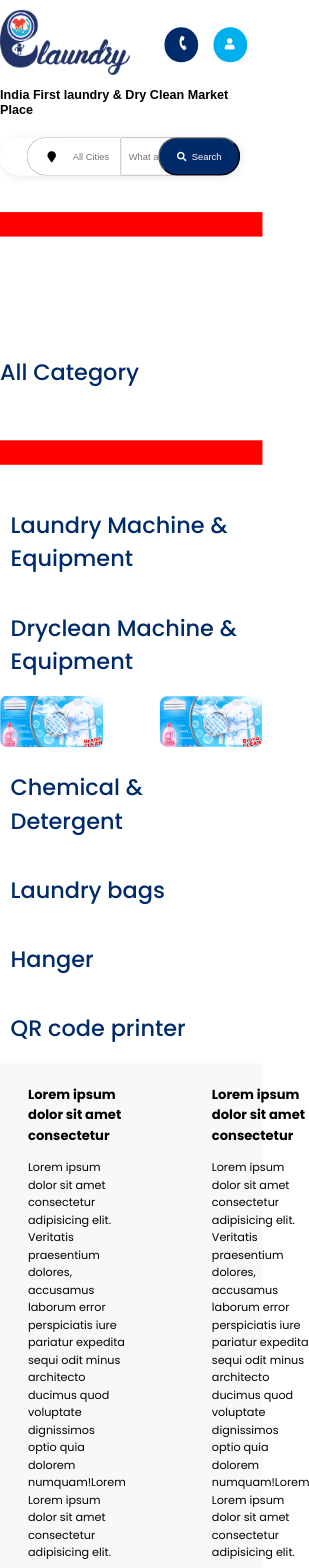
Repository: anamikatomar21/omramartnew
Page: /
These files come from the project's save history. The page is drawn as it stood at one moment and after the next save; the edit follows.
The browser window is 375 px wide. The page is 442 px wide, so the pictures cover 442 px, including what lies to the right of the window. The pictures show the part of the page from y = 0 to 2240 px (the page is 4901 px tall before and 4921 px after), at 70% of full size.
The page's requests for data from a server got no answer. The project was rebuilt for these pictures with package versions that can differ from the ones it lists, and the page was loaded fresh each time. Some packages were replaced by stand-ins written for this rebuild. The framework's server and built-in components were replaced by stand-ins that run in the browser. No one was signed in, and anything a server would have sent is missing. Also part of the build but not shown: next.config.js, styles/Merchant/smallbanner.module.scss, styles/Merchant/layout.module.scss.

Above is the page before, as saved 2022-07-21 18:02:14.

After the next save:
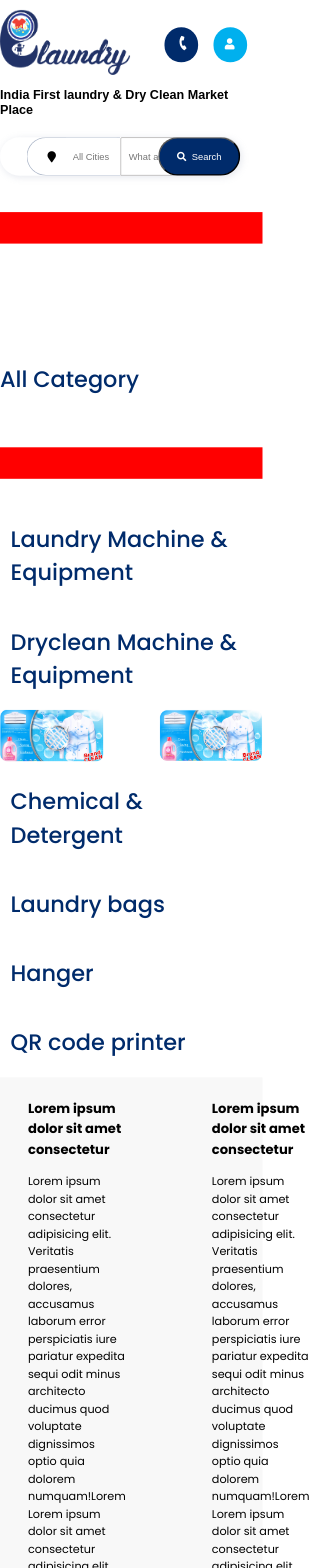
Saved 13 s later.
--- a/styles/Merchant/productcard.module.scss
+++ b/styles/Merchant/productcard.module.scss
@@ -125,7 +125,7 @@
       display: flex;
       /* margin-top: 40px; */
       /* margin-top: 52px; */
-      height: 35px;
+      height: 45px;
       /* margin-bottom: 36px; */
       background: red;
   }
